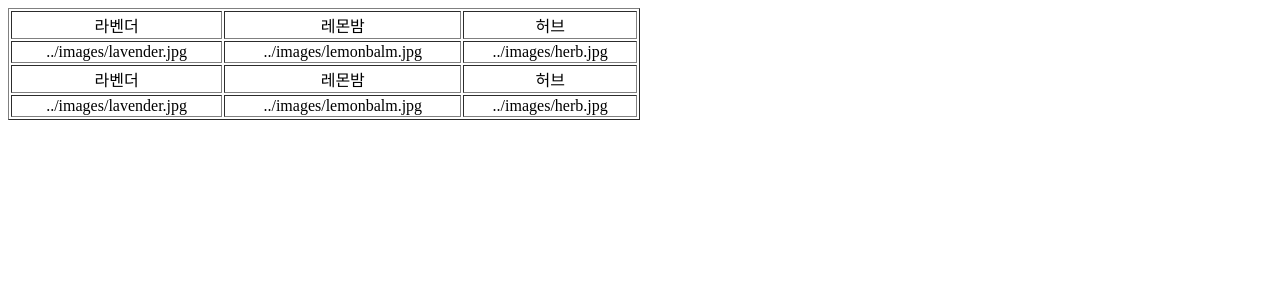
Repository: song-bean/Web_song
Page: 03_JavaScript/src/main/webapp/02_내장객체/Ex02.html
An editor plug-in stored every save of this project. The page is shown before and after the next save, followed by the edit.
The browser window is 1280 px wide. The pictures show the whole page.

Above is the page before, as saved 2023-02-27 02:40:10.

After the next save:
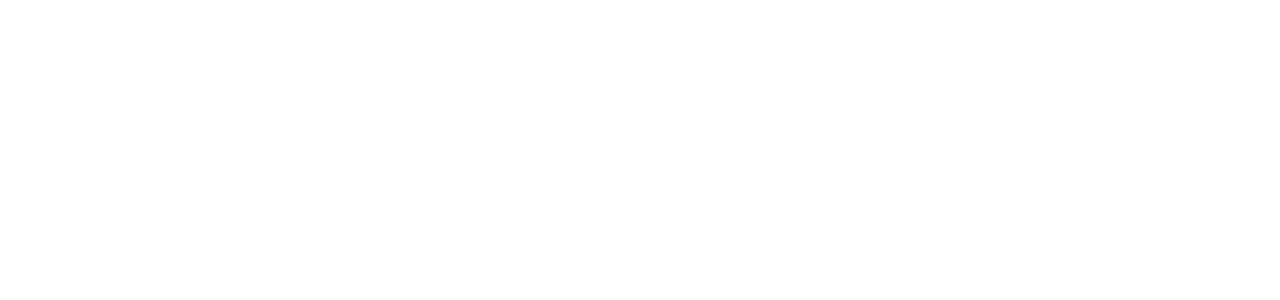
Console error: SyntaxError: Unexpected token ')'
Saved 71 s later.
--- a/03_JavaScript/src/main/webapp/02_내장객체/Ex02.html
+++ b/03_JavaScript/src/main/webapp/02_내장객체/Ex02.html
@@ -38,7 +38,9 @@
 	for(i=0;i<2;i++) {
 		tstr += "<tr>";
 		for(j=0;j<3;j++) {
+			if() {
 			tstr += "<td>" + title[j] + "</td>"
+			}
 		}
 		tstr += "</tr>"
 		tstr += "<tr>";

After the 2 saves that followed:
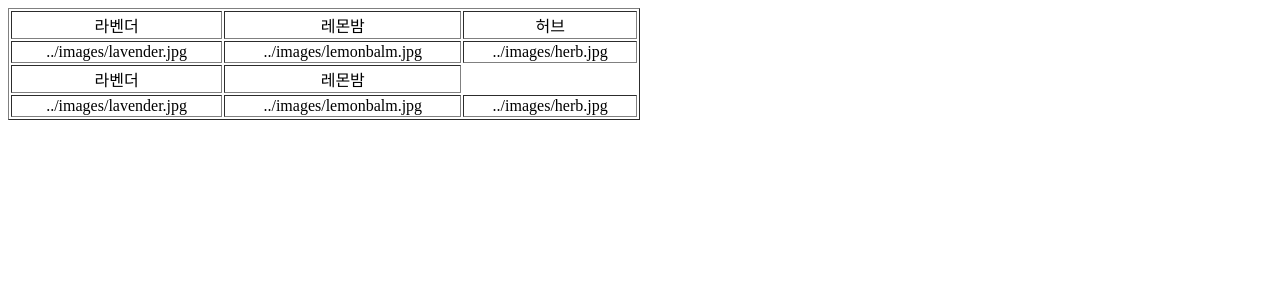
The error is gone.
The 2 saves are shown as one change because 1 left the picture as it was.
The last was saved 21 s later.
--- a/03_JavaScript/src/main/webapp/02_내장객체/Ex02.html
+++ b/03_JavaScript/src/main/webapp/02_내장객체/Ex02.html
@@ -38,8 +38,11 @@
 	for(i=0;i<2;i++) {
 		tstr += "<tr>";
 		for(j=0;j<3;j++) {
-			if() {
-			tstr += "<td>" + title[j] + "</td>"
+			if((3*i+j) < 5) {
+				tstr += "<td>" + title[j] + "</td>"
+			}
+			else {
+
 			}
 		}
 		tstr += "</tr>"
